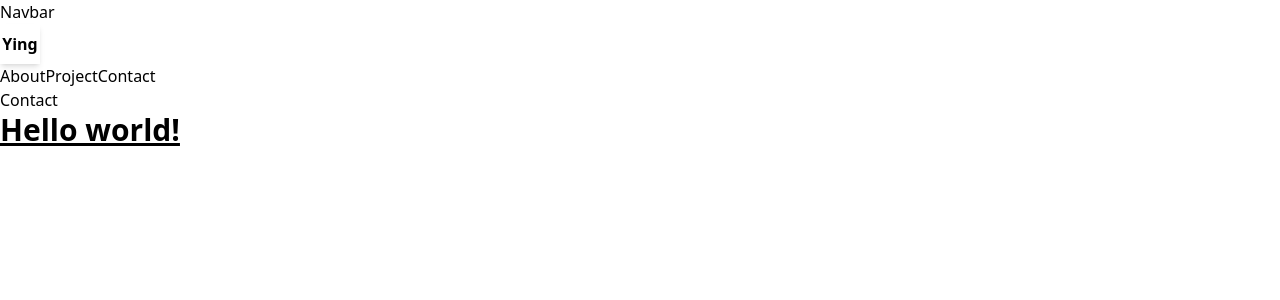
Repository: YingCG/plantmode-weather
Page: /contact
The author's editor kept a copy of each file at every save. The page is drawn from the files as they stood at one save, then again after the next save.
The browser window is 1280 px wide. The pictures show the whole page.
The project was rebuilt for these pictures with package versions that can differ from the ones it lists, and the page was loaded fresh each time. Also part of the build but not shown: vite.config.js, src/pages/Home.jsx, src/pages/About.jsx, src/pages/Projects.jsx.

Above is the page before, as saved 2024-02-05 11:53:31.

### src/App.jsx
import { Routes, Route } from "react-router-dom";
import Navbar from "./components/Navbar";
import Home from "./pages/Home";
import About from "./pages/About";
import Projects from "./pages/Projects";
import Contact from "./pages/Contact";

function App() {
  return (
    <>
      <main>
        <Navbar />
        <Routes>
          <Route path="/" element={<Home />} />
          <Route path="/about" element={<About />} />
          <Route path="/projects" element={<Projects />} />
          <Route path="/contact" element={<Contact />} />
        </Routes>
        <h1 className="text-3xl font-bold underline text-red-500">
          Hello world!
        </h1>
      </main>
    </>
  );
}

export default App;

### src/index.css
@import url("https://fonts.googleapis.com/css2?family=Poppins:wght@100;200;300;400;500;600;700;800;900&family=Work+Sans:wght@100;200;300;400;500;600;700;800;900&display=swap");

@tailwind base;
@tailwind components;
@tailwind utilities;

### src/components/Navbar.jsx
import { NavLink } from "react-router-dom";

const Navbar = () => {
  return (
    <header className="header">
      Navbar
      <NavLink
        to="/"
        className="w-10 h-10 items-center justify-center flex font-bold shadow-md"
      >
        <p className="blue-gradient_text">Ying</p>
      </NavLink>
      <NavLink
        to="/about"
        className={({ isActive }) =>
          isActive ? "text-purple-500" : "text-black"
        }
      >
        About
      </NavLink>
      <NavLink to="/projects">Project</NavLink>
      <NavLink to="/contact">Contact</NavLink>
    </header>
  );
};

export default Navbar;

### tailwind.config.js
/** @type {import('tailwindcss').Config} */
export default {
  content: ["./index.html", "./src/**/*.{js,ts,jsx,tsx}"],
  theme: {
    screens: {
      sm: "480px",
      md: "768px",
      lg: "976px",
      xl: "1440px",
      "2xl": "1536px",
    },
    colors: {
      blue: "#1fb6ff",
      purple: "#7e5bef",
      pink: "#ff49db",
      orange: "#ff7849",
      green: "#13ce66",
      yellow: "#ffc82c",
      "gray-dark": "#273444",
      gray: "#8492a6",
      "gray-light": "#d3dce6",
    },
    extend: {},
  },
  plugins: [],
};

Loaded but not shown: index.html (common file); src/main.jsx (common file); src/pages/Contact.jsx (common file)

After the next save:
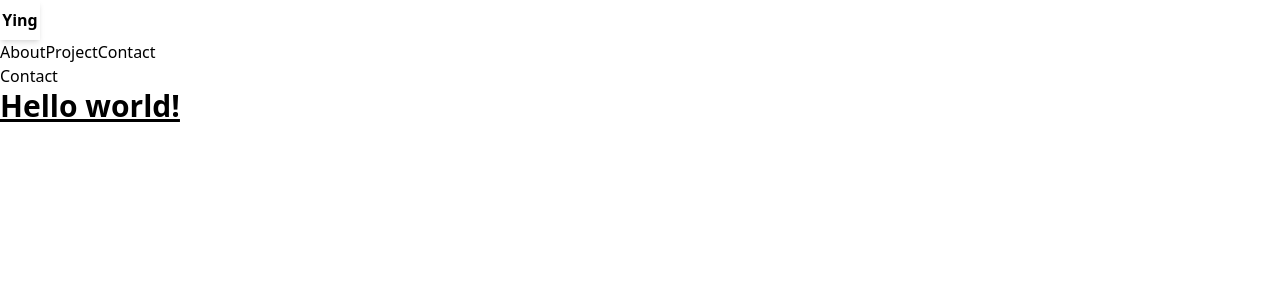
Saved 27 min 17 s later.
--- a/src/components/Navbar.jsx
+++ b/src/components/Navbar.jsx
@@ -3,7 +3,6 @@ import { NavLink } from "react-router-dom";
 const Navbar = () => {
   return (
     <header className="header">
-      Navbar
       <NavLink
         to="/"
         className="w-10 h-10 items-center justify-center flex font-bold shadow-md"
